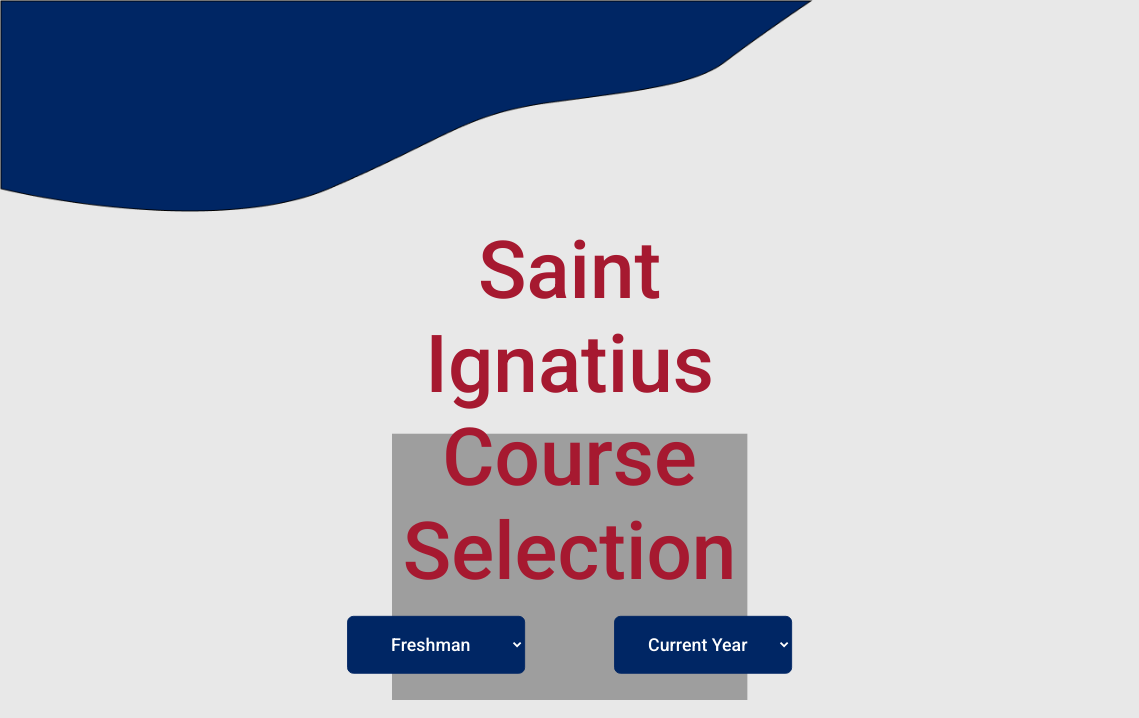
Repository: BuddyBob/si_course_selection
Page: /
An editor plug-in stored every save of this project. The page is shown before and after the next save, followed by the edit.
The browser window is 1280 px wide. The pictures show the whole page, at 89% of full size.
Pictures or frames that could not be fetched are drawn as grey boxes. The project was rebuilt for these pictures with package versions that can differ from the ones it lists, and the page was loaded fresh each time.

Above is the page before, as saved 2022-12-29 11:53:56.

After the next save:
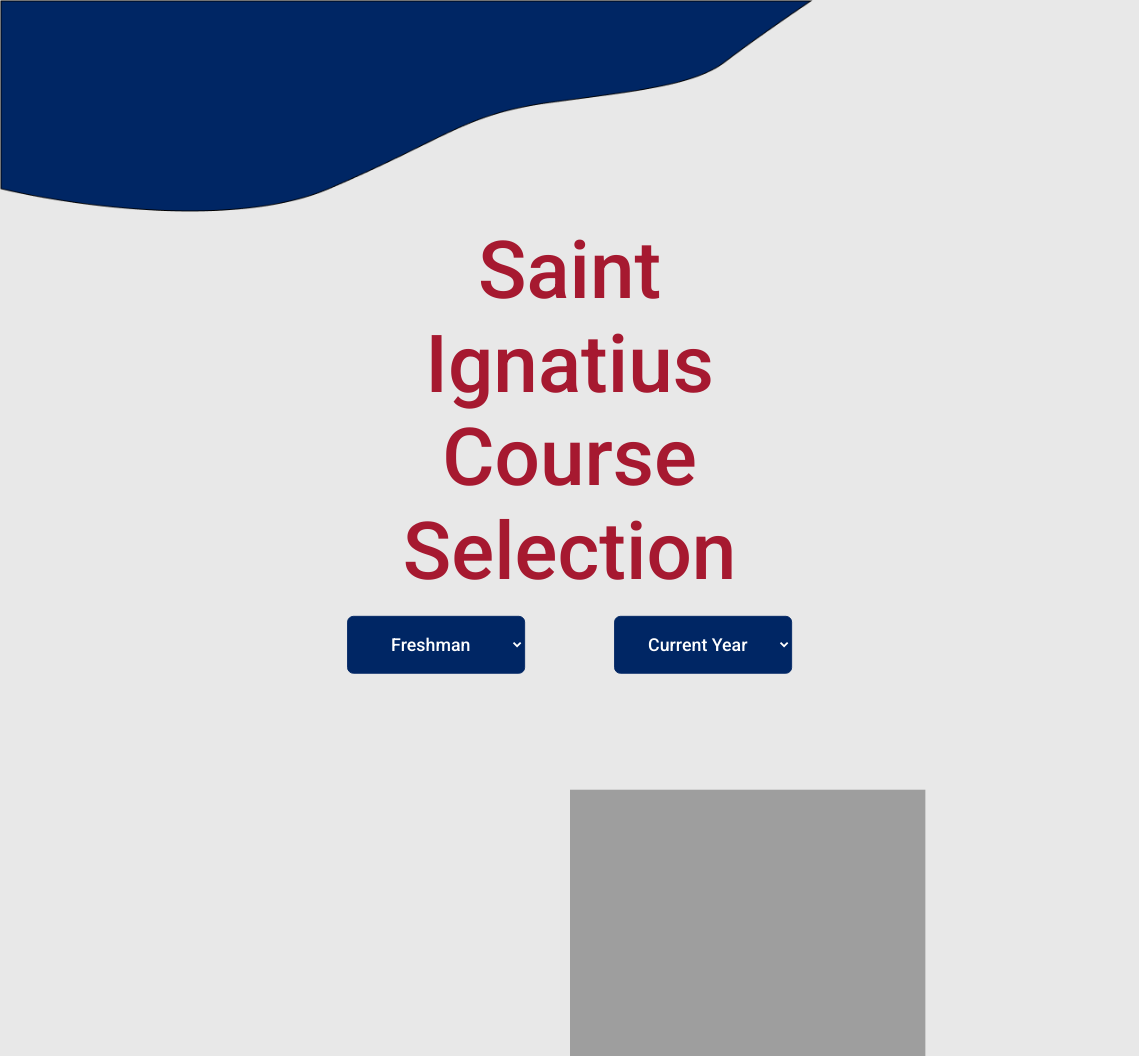
Saved 16 s later.
--- a/src/index.css
+++ b/src/index.css
@@ -85,3 +85,9 @@
   top: 400px;;
 
 }
+
+.arrow5{
+  position: relative;
+  top: 400px;
+  left: 200px;
+}
